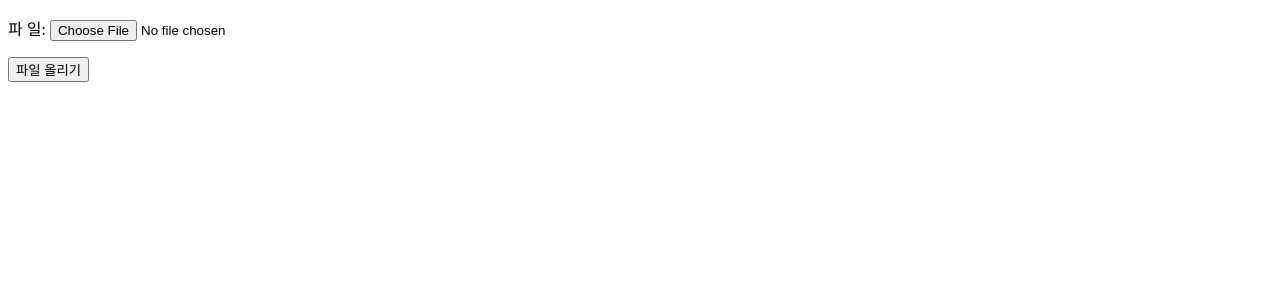
Repository: SJM7301/KH-JSP
Page: http://localhost/JSPBook/ch07/fileupload04.jsp
An editor plug-in stored every save of this project. The page is shown before and after the next save, followed by the edit.
The browser window is 1280 px wide. The pictures show the whole page.
The page is served by Tomcat 10. Nobody is signed in. The application's start-up code is not run. Other server files are loaded and not shown.

Above is the page before, as saved 2025-02-06 01:38:16.

### JSPBook/src/main/webapp/ch07/fileupload04.jsp
<%@ page language="java" contentType="text/html; charset=UTF-8"
    pageEncoding="UTF-8"%>
<!DOCTYPE html>
<html>
<head>
<meta charset="UTF-8">
<title>Insert title here</title>
</head>
<body>
	<form action="fileupload03_process.jsp" method="post" enctype="multipart/form-data">
		<p> 파 일: <input type="file" name="filename">

		<p> <input type="submit" value="파일 올리기">
	</form>
</body>
</html>

After the next save:
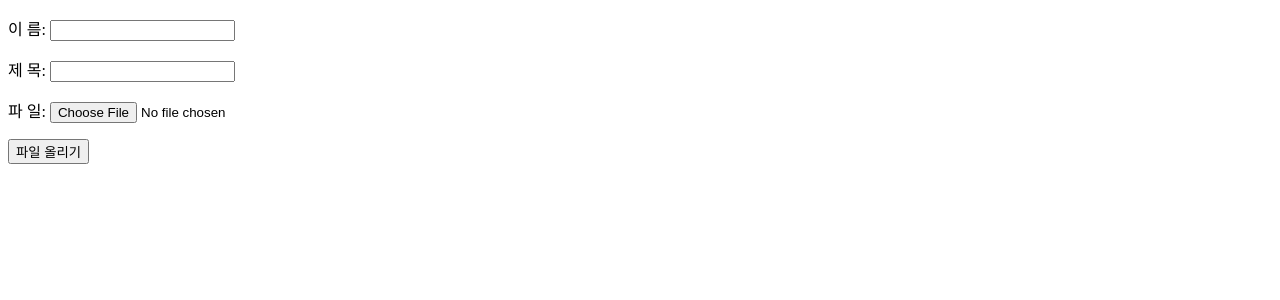
Saved 6 min 35 s later.
--- a/JSPBook/src/main/webapp/ch07/fileupload04.jsp
+++ b/JSPBook/src/main/webapp/ch07/fileupload04.jsp
@@ -7,7 +7,9 @@
 <title>Insert title here</title>
 </head>
 <body>
-	<form action="fileupload03_process.jsp" method="post" enctype="multipart/form-data">
+	<form action="fileupload04_process.jsp" name="fileForm" method="post" enctype="multipart/form-data">
+		<p> 이 름: <input type="text" name="name">
+		<p> 제 목: <input type="text" name="subject">
 		<p> 파 일: <input type="file" name="filename">
 
 		<p> <input type="submit" value="파일 올리기">
